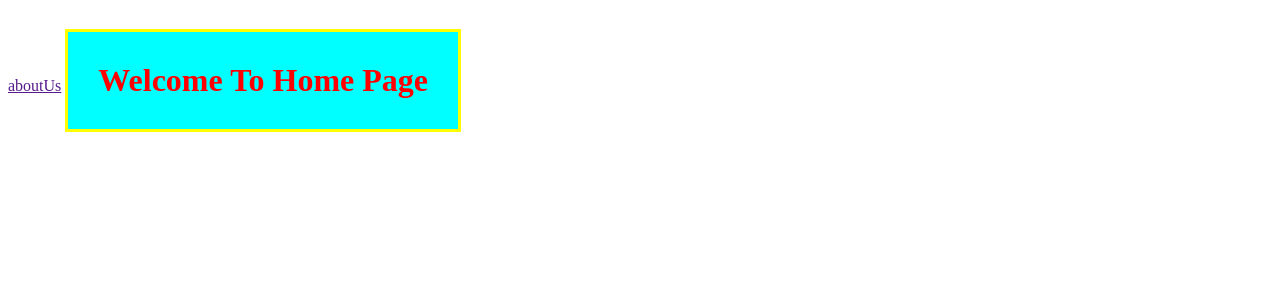
Repository: Raviteja6671/Django
Page: http://localhost/home/
The author's editor kept a copy of each file at every save. The page is drawn from the files as they stood at one save, then again after a run of saves.
The browser window is 1280 px wide. The pictures show the whole page.
The page is served by the project's application, run on Django 5.2 (myProject/manage.py).

Above is the page before, as saved 2025-12-07 20:01:56.

After the next 3 saves:
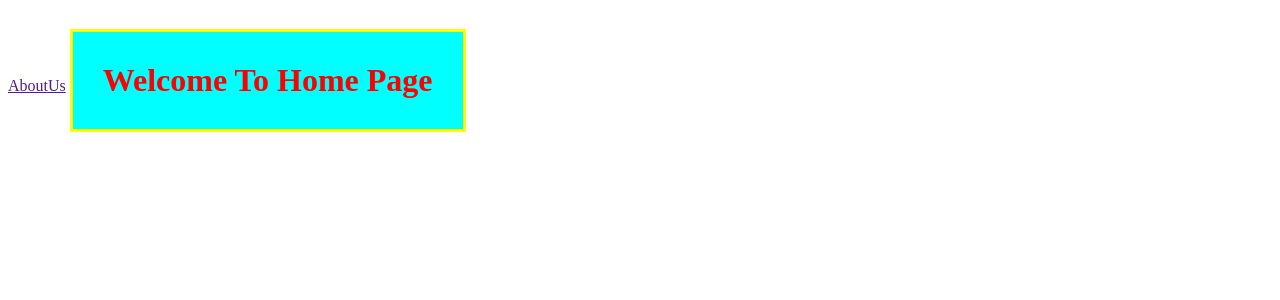
The 3 saves are shown as one change because they came seconds apart.
The last was saved 10 s later.
--- a/myProject/basic/templates/home.html
+++ b/myProject/basic/templates/home.html
@@ -21,7 +21,7 @@
 
 </head>
 <body>
-    <a href="">aboutUs</a>
+    <a href="">AboutUs</a>
     <h1>Welcome To Home Page</h1>
 </body>
 </html>
